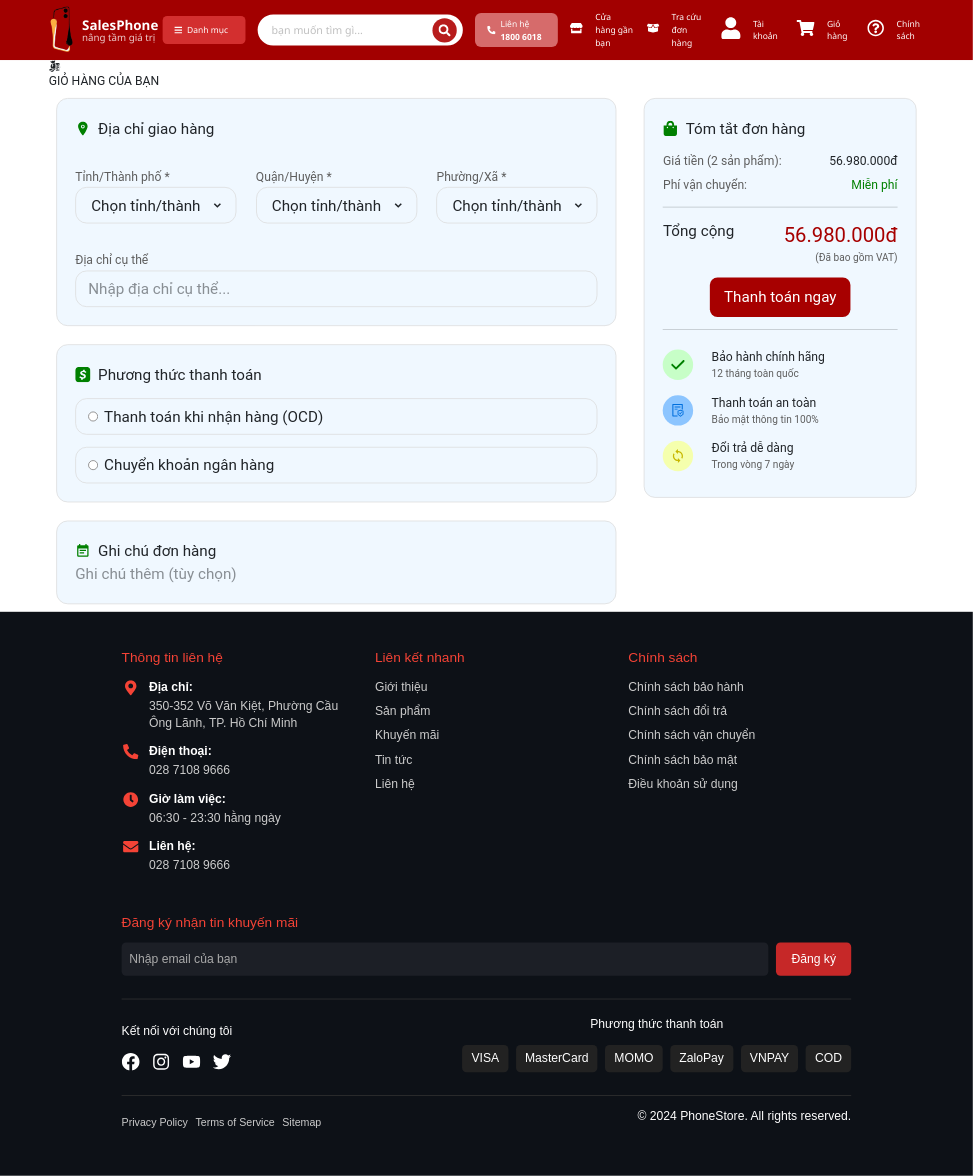
Repository: nguyenhuuluanTTB/cn-da22ttb-nguyenhuuluan-website_salesphone-nextjs_nodejs
Page: /order (app in Project_SalesPhone/client/salesphone/)
An editor plug-in stored every save of this project. The page is shown before and after the next save, followed by the edit.
The browser window is 1280 px wide. The pictures show the whole page, at 76% of full size.
The project was rebuilt for these pictures with package versions that can differ from the ones it lists, and the page was loaded fresh each time. The framework's server and built-in components were replaced by stand-ins that run in the browser. Also part of the build but not shown: Project_SalesPhone/client/salesphone/next.config.ts.

Above is the page before, as saved 2025-12-02 03:03:57.

After the next save:
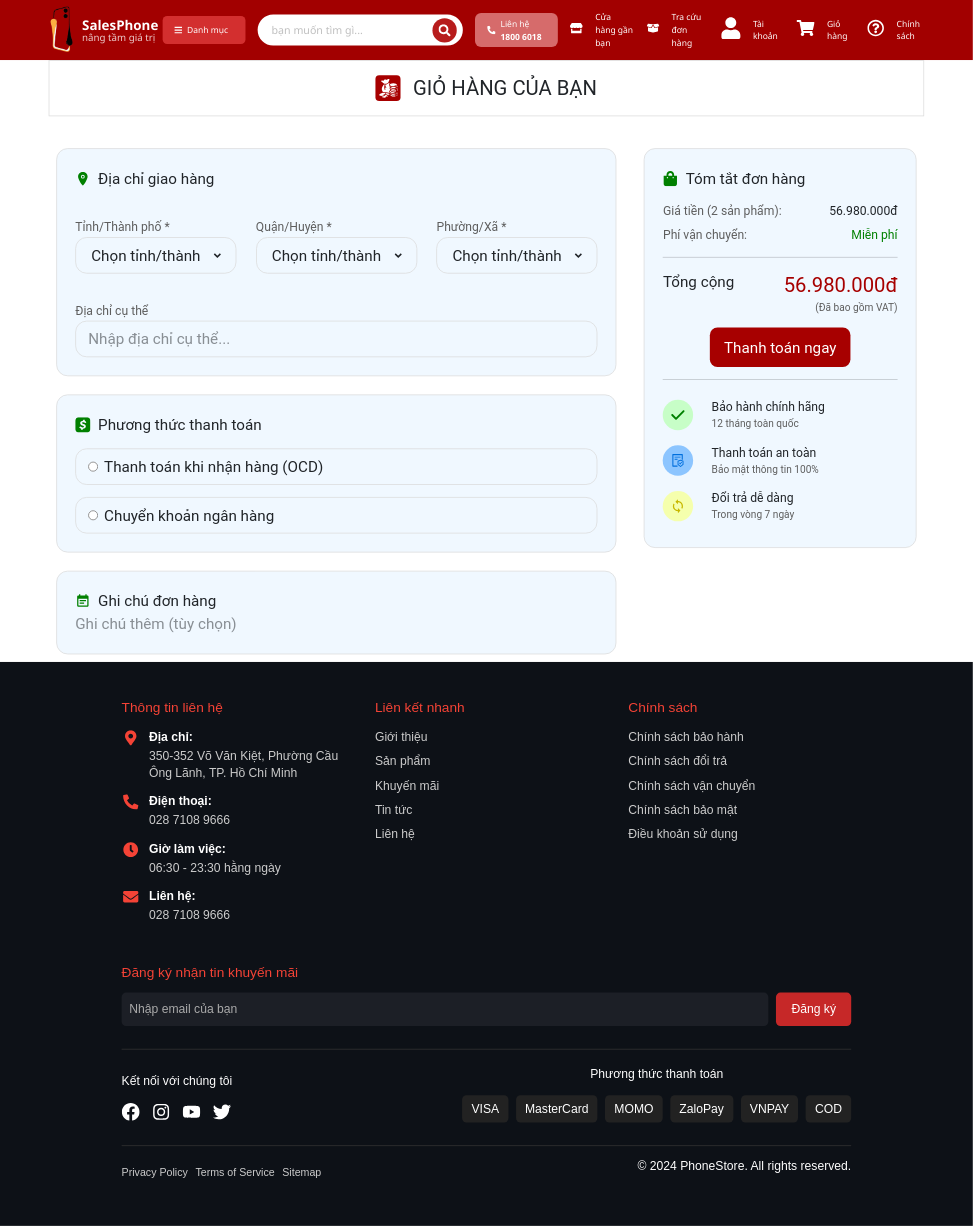
Saved 27 s later.
--- a/Project_SalesPhone/client/salesphone/app/order/order.module.scss
+++ b/Project_SalesPhone/client/salesphone/app/order/order.module.scss
@@ -49,6 +49,24 @@
     flex-direction: column;
 }
 
+.title{
+    margin-bottom: 2rem;
+    display: flex;
+    justify-content: center;
+    align-items: center;
+    font-size: 20pt;
+    gap: 1rem;
+    padding: 1rem 0;
+    border: solid 1px gainsboro;
+}
+
+.icon_cart{
+    font-weight: bold;
+    background-color: #A70000;
+    padding: 0.2rem;
+    color: #fff;
+    border-radius: 5px;
+}
 
 .diachigiaohang{
     display: flex;
